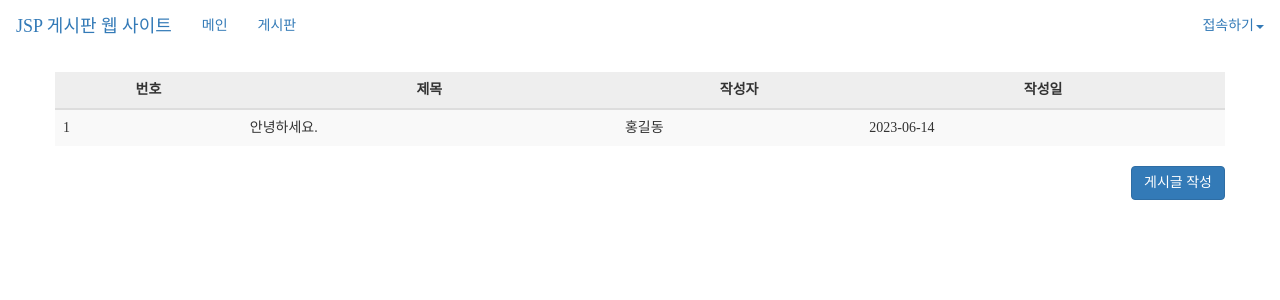
Repository: LeeJaeweon/Project
Page: http://localhost/BBS/bbs.jsp
An editor plug-in stored every save of this project. The page is shown before and after the next save, followed by the edit.
The browser window is 1280 px wide. The pictures show the whole page.
Some web fonts or font styles are not loaded; a fallback is used. Some web libraries are served in a nearby version. The page is served by Tomcat 9. Other server files are loaded and not shown.

Above is the page before, as saved 2023-06-15 01:16:27.

### BBS/src/main/webapp/bbs.jsp
<%@ page language="java" contentType="text/html; charset=UTF-8"
    pageEncoding="UTF-8"%>
<%@ page import="java.io.PrintWriter" %>
<!DOCTYPE html>
<html>
<head>
<meta http-equiv="Content-Type" content="text/html; charset=UTF-8">
<meta name="viewport" content="width=device-width", initial-scale="1">
<link rel="stylesheet" href="css/bootstrap.css">
<link rel="stylesheet" href="css/custom.css">
<title>JSP 게시판 웹 사이트</title>
</head>
<body>
	<%
		String userID = null;
		if (session.getAttribute("userID") != null) {
			userID = (String) session.getAttribute("userID");
		}
	%>
	<nav class="navbar navbar=default">
		<div class="navbar-header">
			<button type="button" class="navbar-toggle collapsed"
				data-toggle="collapse" data-target="#bs-example-navbar-collapse-1"
				aria-expanded="false">
				<span class="icon-bar"></span>
				<span class="icon-bar"></span>
				<span class="icon-bar"></span>
			</button>
			<a class="navbar-brand" href="main.jsp">JSP 게시판 웹 사이트</a>
		</div>
		<div class="collapse navbar-collapse" id="bs-example-navbar-collapse-1">
			<ul class="nav navbar-nav">
				<li><a href="main.jsp">메인</a></li>
				<li class="active"><a href="bbs.jsp">게시판</a></li>
			</ul>
			<%
				if(userID == null) {
			%>
			<ul class="nav navbar-nav navbar-right">
				<li class="dropdown">
					<a href="#" class="dropdown-toggle"
						data-toggle="dropdown" role="button" aria-haspopup="true"
						aria-expanded="false">접속하기<span class="caret"></span></a>
					<ul class="dropdown-menu">
						<li><a href="login.jsp">로그인</a></li>
						<li><a href="join.jsp">회원가입</a></li>
					</ul>
				</li>
			</ul>
			<%
				} else {
			%>
			<ul class="nav navbar-nav navbar-right">
				<li class="dropdown">
					<a href="#" class="dropdown-toggle"
						data-toggle="dropdown" role="button" aria-haspopup="true"
						aria-expanded="false">회원관리<span class="caret"></span></a>
					<ul class="dropdown-menu">
						<li><a href="logoutAction.jsp">로그아웃</a></li>
					</ul>
				</li>
			</ul>
			<%
				}
			%>
		</div>
	</nav>
	<div class="container">
		<div class="row">
			<table class="table table-striped" style="text-align: border: 1px solid #dddddd">
				<thead>
					<tr>
						<th style="background-color: #eeeeee; text-align: center;">번호</th>
						<th style="background-color: #eeeeee; text-align: center;">제목</th>
						<th style="background-color: #eeeeee; text-align: center;">작성자</th>
						<th style="background-color: #eeeeee; text-align: center;">작성일</th>
					</tr>
				</thead>
				<tbody>
					<tr>
						<td>1</td>
						<td>안녕하세요.</td>
						<td>홍길동</td>
						<td>2023-06-14</td>
					</tr>
				</tbody>
			</table>
			<a href="write.jsp" class="btn btn-primary pull-right">게시글 작성</a>
		</div>
	</div>
	<script src="http://code.jquery.com/jquery-3.1.1.min.js"></script>
	<script src="js/bootstrap.js"></script>
</body>
</html>

### BBS/src/main/webapp/css/custom.css
@import url(http://fonts.googleapis.com/earlyaccess/nanumgothic.css);
@import url(http://fonts.googleapis.com/earlyaccess/hanna.css);
* {
	font-family:  'Nanum Gothic';
}
h1 {
	font-family: 'Hanna';
}

Loaded but not shown: BBS/src/main/webapp/css/bootstrap.css (library); BBS/src/main/webapp/js/bootstrap.js (library)

After the next save:
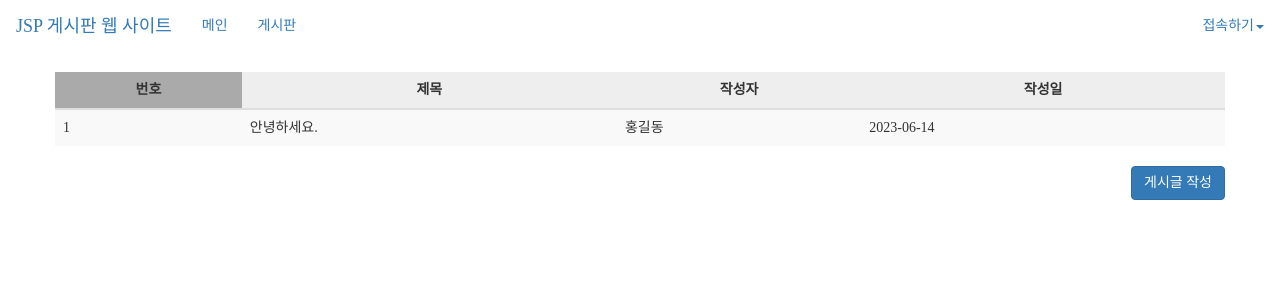
Saved 34 min 17 s later.
--- a/BBS/src/main/webapp/bbs.jsp
+++ b/BBS/src/main/webapp/bbs.jsp
@@ -70,7 +70,7 @@
 			<table class="table table-striped" style="text-align: border: 1px solid #dddddd">
 				<thead>
 					<tr>
-						<th style="background-color: #eeeeee; text-align: center;">번호</th>
+						<th style="background-color: #aaaaaa; text-align: center;">번호</th>
 						<th style="background-color: #eeeeee; text-align: center;">제목</th>
 						<th style="background-color: #eeeeee; text-align: center;">작성자</th>
 						<th style="background-color: #eeeeee; text-align: center;">작성일</th>
